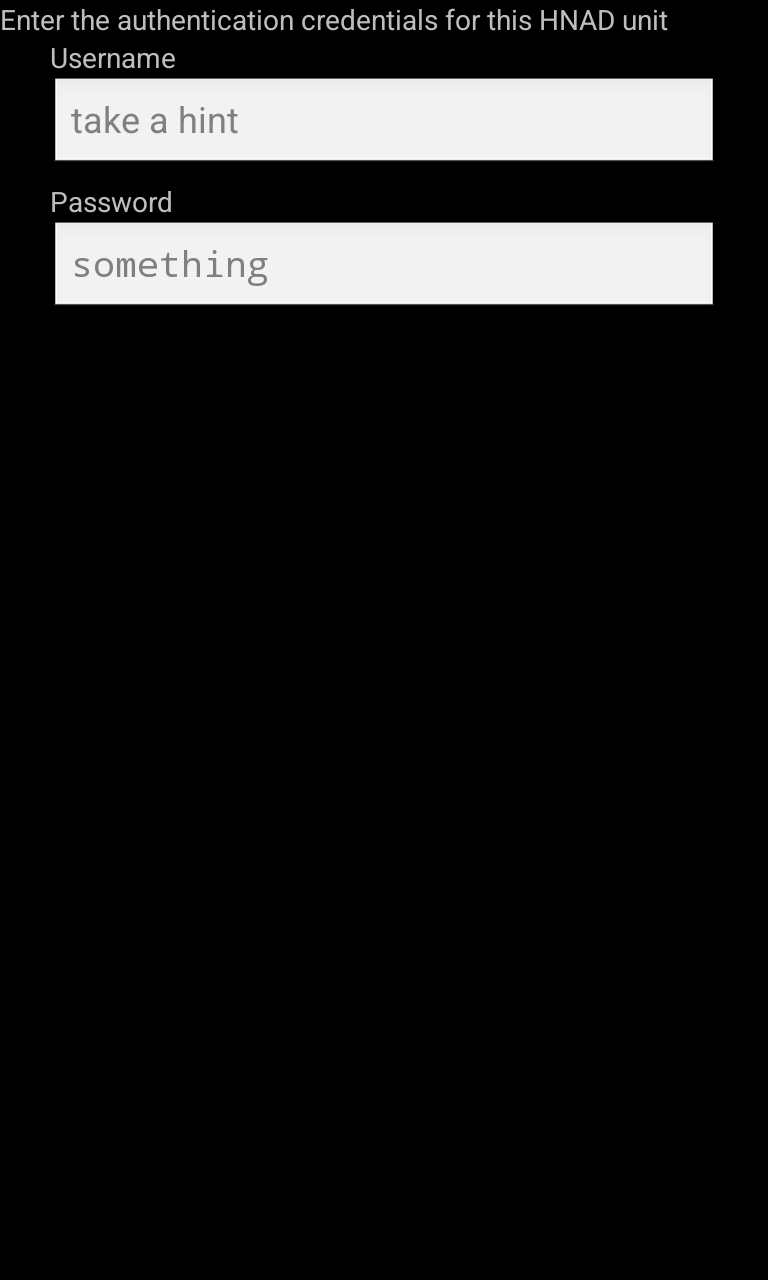
Repository: sergioenriquez/CSTE
Layout: HNAD/res/layout/login.xml
An editor plug-in stored every save of this project. The layout is shown before and after the next save, followed by the edit.
It is drawn on a 768 x 1280 px phone screen (xhdpi) without system bars, with theme android:Theme.NoTitleBar; the app's code is not run.

Above is the layout before, as saved 2011-12-18 03:08:45.

### HNAD/res/layout/login.xml
<?xml version="1.0" encoding="utf-8"?>
<LinearLayout xmlns:android="http://schemas.android.com/apk/res/android"
    android:orientation="vertical"
    android:layout_width="fill_parent"
    android:layout_height="fill_parent"
    >
    <TextView
    android:layout_width="fill_parent"
    android:layout_height="wrap_content"
    android:text="Enter the authentication credentials for this HNAD unit"
    />
<TextView
    android:layout_width="fill_parent"
    android:layout_height="wrap_content"
    android:layout_marginLeft="25dp"
    android:text="Username"
    />
<EditText
        android:id="@+id/authUserLink"
        android:layout_width="match_parent"
        android:layout_height="wrap_content"
        android:layout_marginLeft="25dp"
        android:layout_marginRight="25dp"
        android:layout_marginBottom="5dp"
        android:inputType="text"
        android:singleLine="true"
        android:hint="take a hint" />
<TextView
    android:layout_width="fill_parent"
    android:layout_height="wrap_content"
    android:layout_marginLeft="25dp"
    android:text="Password"
    />
<EditText
        android:id="@+id/authPassword"
        android:layout_width="match_parent"
        android:layout_height="wrap_content"
        android:layout_marginLeft="25dp"
        android:layout_marginRight="25dp"
        android:layout_marginBottom="5dp"
        android:password="true"
        android:singleLine="true"
        android:hint="something" />
</LinearLayout>

After the next save:
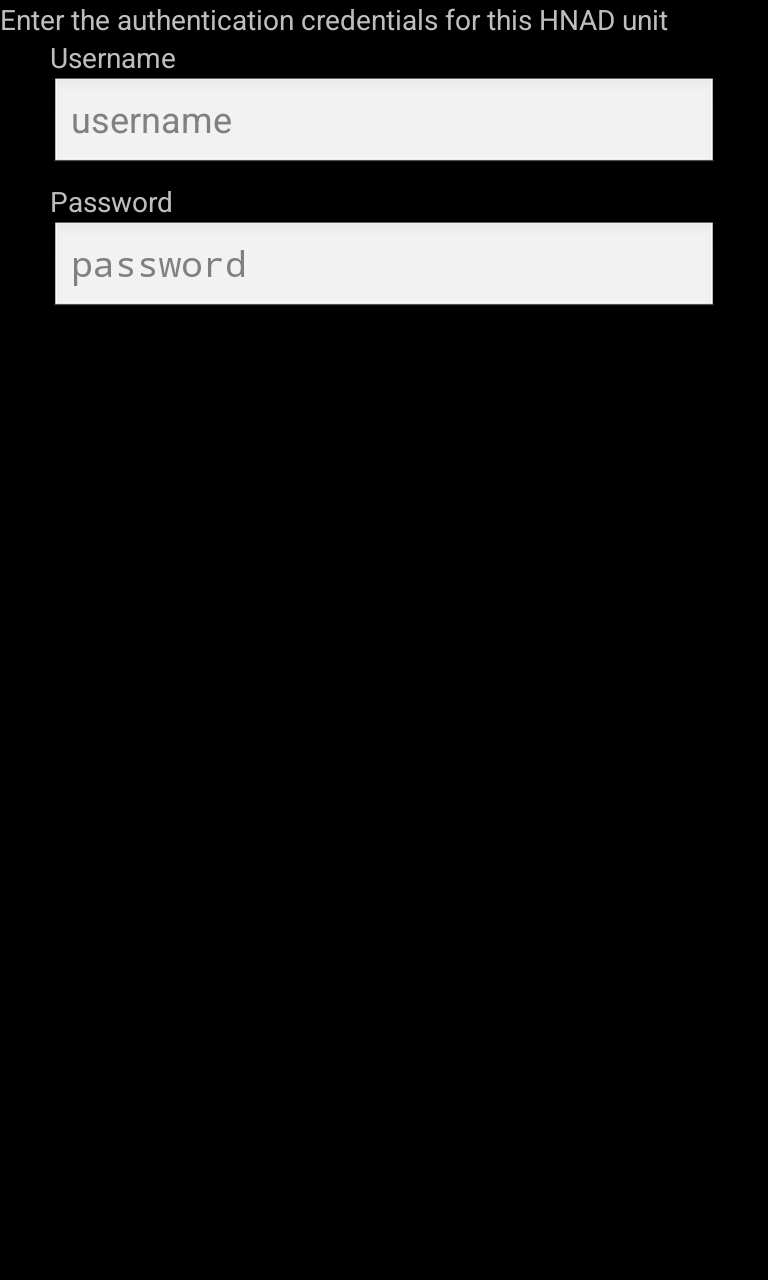
Saved 28 s later.
--- a/HNAD/res/layout/login.xml
+++ b/HNAD/res/layout/login.xml
@@ -24,7 +24,7 @@
         android:layout_marginBottom="5dp"
         android:inputType="text"
         android:singleLine="true"
-        android:hint="take a hint" />
+        android:hint="username" />
 <TextView
     android:layout_width="fill_parent"
     android:layout_height="wrap_content"
@@ -40,5 +40,5 @@
         android:layout_marginBottom="5dp"
         android:password="true"
         android:singleLine="true"
-        android:hint="something" />
+        android:hint="password" />
 </LinearLayout>
